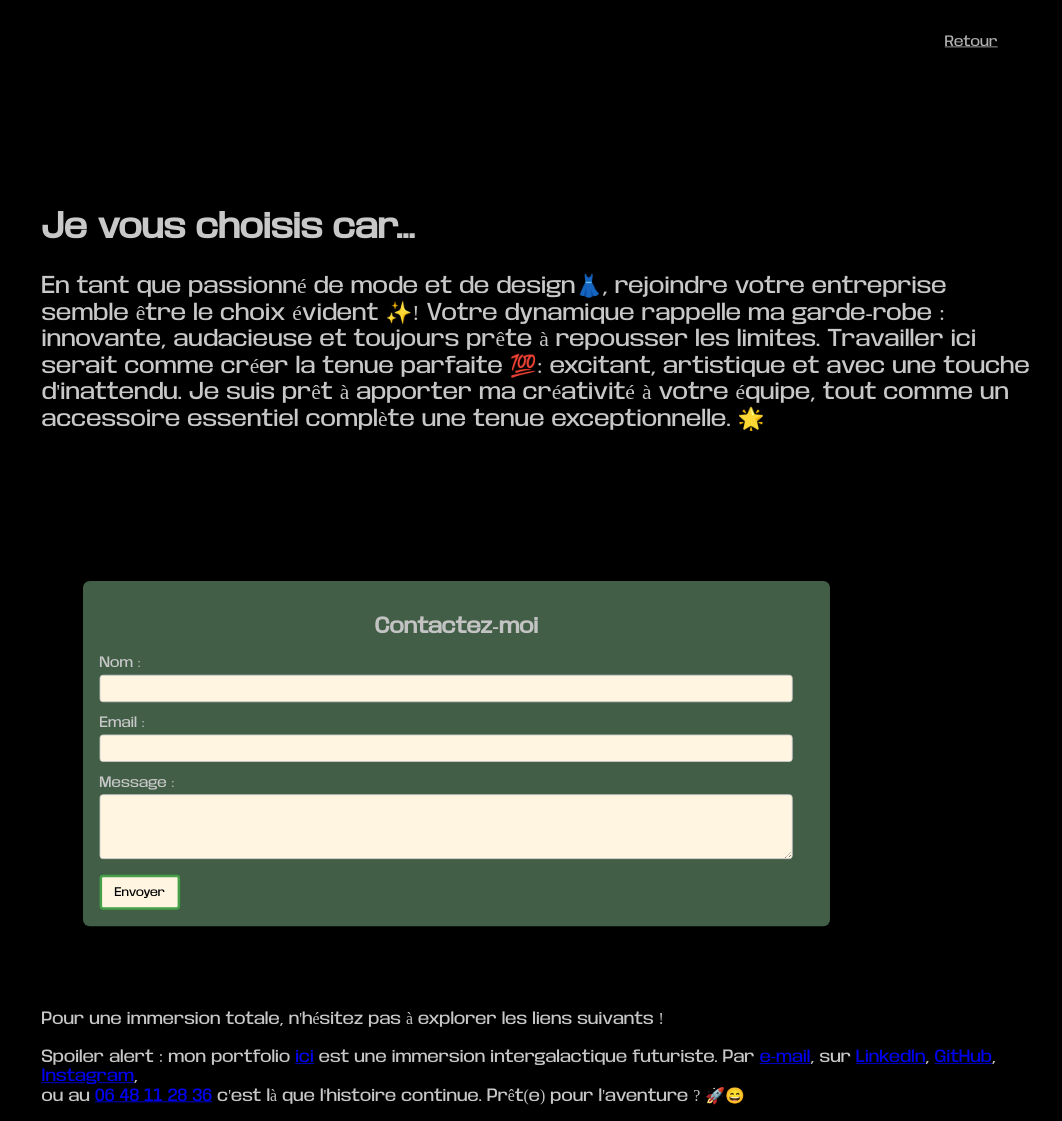
Repository: inessben/application
Page: about/about.html
The author's editor kept a copy of each file at every save. The page is drawn from the files as they stood at one save, then again after the next save.
The browser window is 1280 px wide. The pictures show the whole page, at 83% of full size.

Above is the page before, as saved 2023-12-04 03:38:13.

### about/about.html
<!DOCTYPE html>
<html lang="en">
<head>
    <meta charset="UTF-8">
    <meta name="viewport" content="width=device-width, initial-scale=1.0">
    <!-- generate the icon -->
    <link rel="apple-touch-icon" sizes="180x180" href="/favicon/apple-touch-icon.png">
    <link rel="icon" type="image/png" sizes="32x32" href="/favicon/favicon-32x32.png">
    <link rel="icon" type="image/png" sizes="16x16" href="/favicon/favicon-16x16.png">
    <link rel="manifest" href="/favicon/site.webmanifest">
    <link rel="mask-icon" href="/favicon/safari-pinned-tab.svg" color="#5bbad5">
    <meta name="msapplication-TileColor" content="#da532c">
    <!--  -->
    <meta name="theme-color" content="#ffffff">
    <title>#slowlyApplication</title>
    <link rel="stylesheet" href="about.css">

<script>
    document.addEventListener("DOMContentLoaded", function() {
        var formInputs = document.querySelectorAll("#contact-form input, #contact-form textarea")

        formInputs.forEach(function(input) {
            input.addEventListener("click", function() {
                alert("Bien joué ! Vous avez débloqué la quête secrète ! 🚀\n\nPour compléter cette mission, regardez juste en dessous👇, vous trouverez mes coordonnées, n'hésitez pas à me contacter ! Les pigeons voyageurs fonctionnent aussi, mais c'est un peu rétro. 😉")
            })
        })
    })
</script>
</head>
<body>
    <section id="nav-header">
        <header class="nav-links">
            <a href="/index.html" class="link">Retour</a>
        </header>
    </section>
    <section id="description">
        <h1>Je vous choisis car...</h1>
        <p> En tant que passionné de mode et de design👗, rejoindre votre entreprise semble être le choix évident ✨! Votre dynamique rappelle ma garde-robe : innovante, audacieuse et toujours prête à repousser les limites. Travailler ici serait comme créer la tenue parfaite 💯: excitant, artistique et avec une touche d'inattendu. Je suis prêt à apporter ma créativité à votre équipe, tout comme un accessoire essentiel complète une tenue exceptionnelle. 🌟 </p>
    </section>

    <section id="contact-form-container">
        <form id="contact-form">
        <h2>Contactez-moi</h2>

        <label for="name">Nom :</label>
        <input type="text" id="name" name="name" required>

        <label for="email">Email :</label>
        <input type="email" id="email" name="email" required>

        <label for="message">Message :</label>
        <textarea id="message" name="message" rows="4" required></textarea>

        <button type="submit">Envoyer</button>
        </form>
    </section>

    <footer>
        <p>Pour une immersion totale, n'hésitez pas à explorer les liens suivants !
            <br><br>Spoiler alert : mon portfolio <a href="https://iness-portfolio.vercel.app/" target="_blank">ici</a> est une immersion intergalactique futuriste. Par <a href="mailto:ine.benss@gmail.com" target="_blank">e-mail</a>, sur <a href="https://www.linkedin.com/in/iness-benaissa/" target="_blank">LinkedIn</a>, <a href="https://github.com/inessben" target="_blank">GitHub</a>, <a href="https://instagram.com/nsscake" target="_blank">Instagram</a>, <br> ou au <a href="tel:+33648112836"> 06 48 11 28 36</a> c'est là que l'histoire continue. Prêt(e) pour l'aventure ? 🚀😄</p>
    </footer>

</body>
</html>

### about/about.css

@font-face {
    font-family: "Jolley";
    src: url("/fonts/jolley.woff");
    }

@font-face {
    font-family: "Base Neue";
    src: url("/fonts/base-neue.ttf");
    }

::-webkit-scrollbar {
    width: 8px;
    }

::-webkit-scrollbar-track {
    background-color: #000;
    }

::-webkit-scrollbar-thumb {
    background-color: #4b4b4b;
    border-radius: 4px;
    }

::-webkit-scrollbar-thumb:hover {
    opacity: 0.7;
    }

body {
    margin: 0;
    font-family: "Base Neue";
    background-color: #000000;
    color: #c8c8c8;
    padding: 0;
    }

#nav-header {
    position: absolute;
    top: 30px;
    right: 20px;
    font-size: 16px;
    font-weight: 500;
    padding: 10px;
    }

.link {
    padding: 8px;
    text-decoration: #b3b3b3 underline;
    color: #b3b3b3;
    margin: auto 40px;
    }

.link:hover {
    opacity: 0.7;
    }

#description{
    position: relative;
    top: 200px;
    font-size: 26px;
    margin: 50px;
    width: 1200px;
    color: #c8c8c8;
    }

#contact-form-container {
    position: absolute;
    padding: 50px;
    margin: 50px;
    top: 600px;
    width: 850px;
    }

#contact-form {
    position: absolute;
    background-color: #425E47;
    padding: 20px;
    border-radius: 8px;
    box-shadow: 0 4px 8px rgba(0, 0, 0, 0.1);
    transition: transform 0.3s ease-in-out;
    }

#contact-form h2 {
    text-align: center;
    color: #c3c3c3;
    }

#contact-form label {
    margin-top: 10px;
    }

#contact-form input,
#contact-form textarea {
    width: 95%;
    padding: 8px;
    margin-top: 5px;
    margin-bottom: 15px;
    background-color: #FFF5E1;
    border: 1px solid #ccc;
    border-radius: 4px;
    }

#contact-form button {
    background-color: #FFF5E1;
    font-family: "Base Neue";
    color: black;
    align-items: center;
    border: 3px solid #45a049;
    padding: 10px 15px;
    border-radius: 4px;
    cursor: pointer;
    transition: background-color 0.3s ease-in-out;
    }

#contact-form button:hover {
    background-color: #45a049;
    }

#contact-form-container:hover #contact-form {
    transform: rotate(5deg);
    }

footer
{
    position: absolute;
    bottom: -680px;
    font-size: 19px;
    margin: 50px;
}

After the next save:
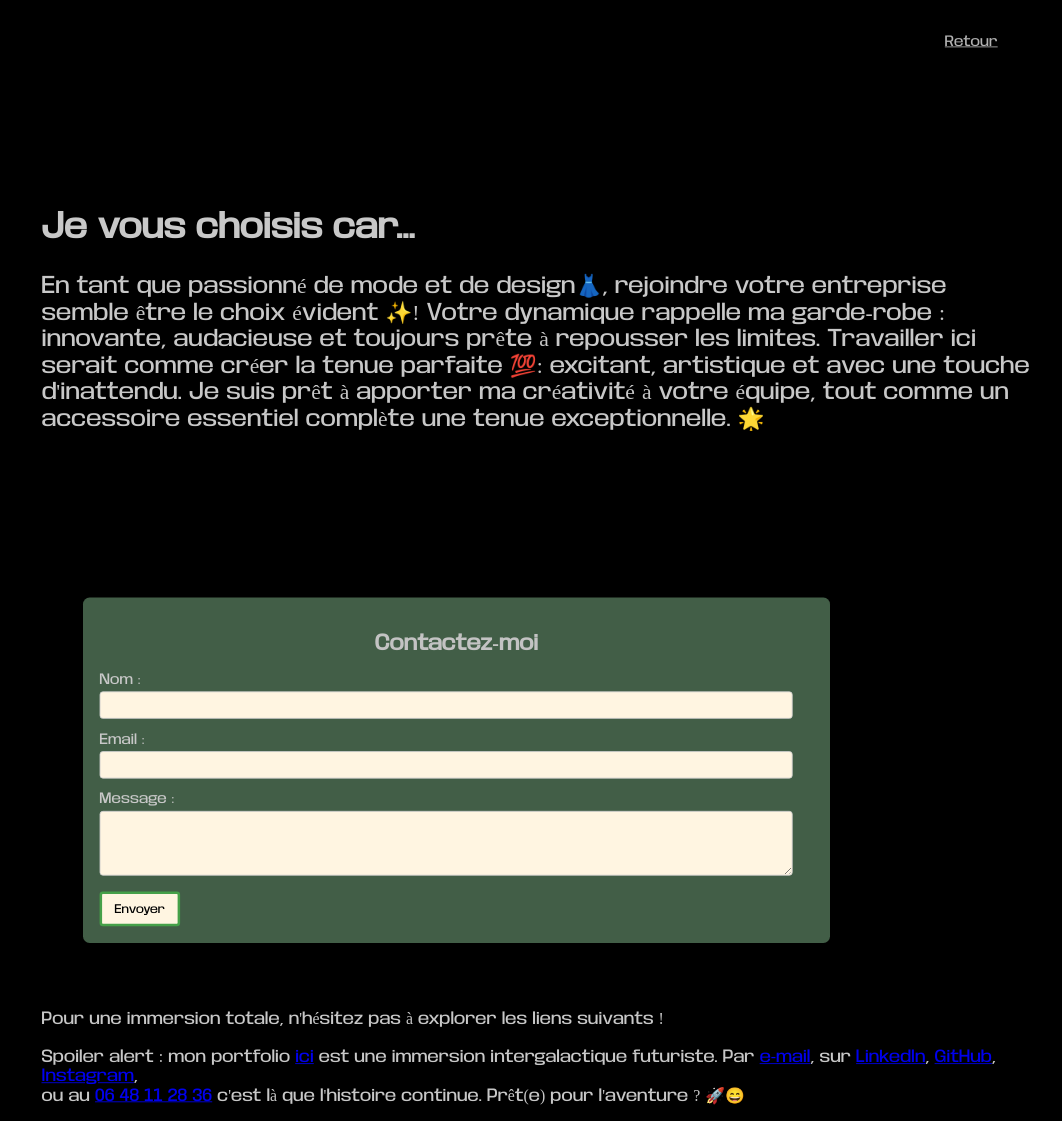
Saved 13 s later.
--- a/about/about.css
+++ b/about/about.css
@@ -67,7 +67,7 @@
     position: absolute;
     padding: 50px;
     margin: 50px;
-    top: 600px;
+    top: 620px;
     width: 850px;
     }
 

After the save that followed:
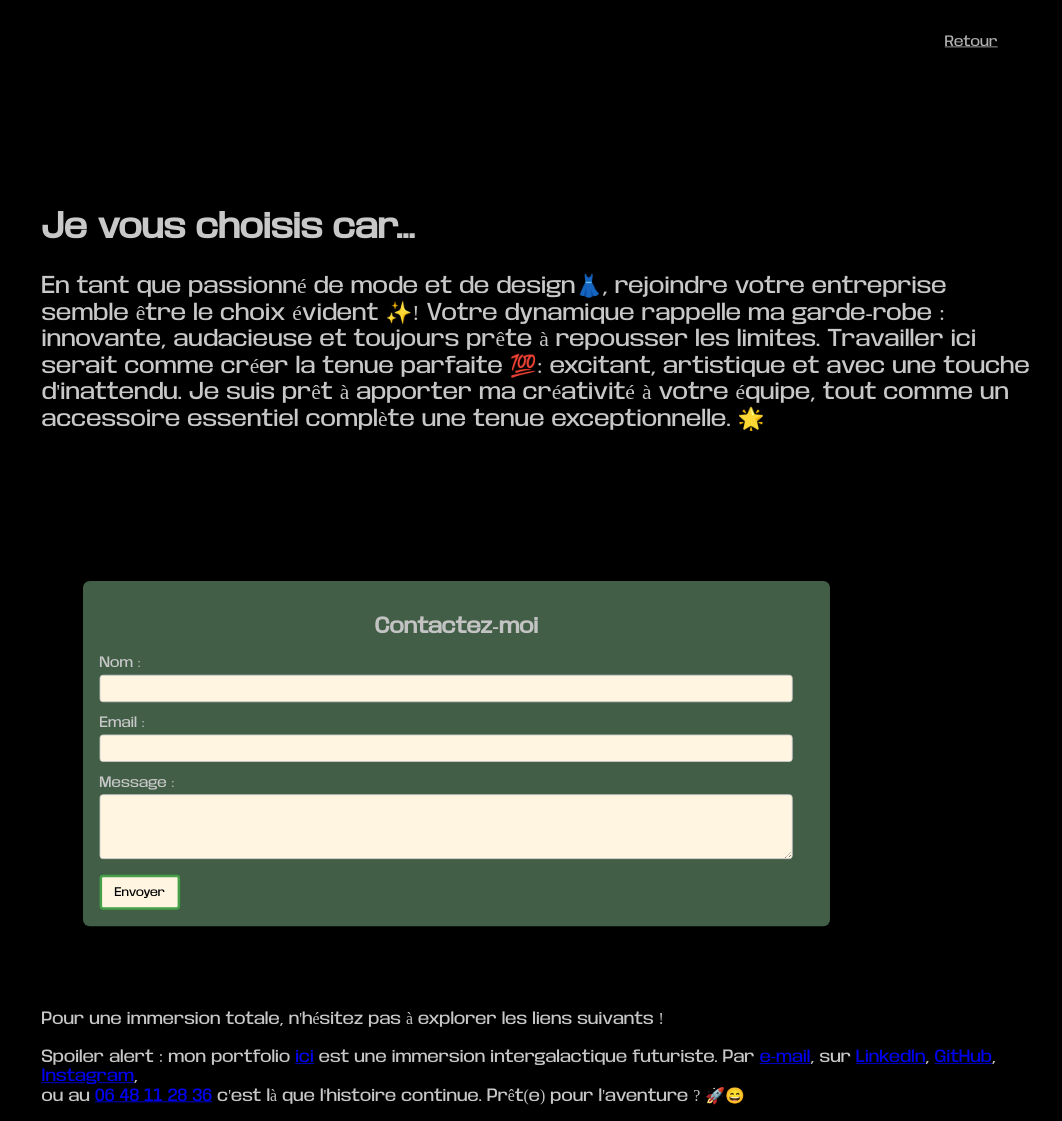
Saved 21 s later.
--- a/about/about.css
+++ b/about/about.css
@@ -67,7 +67,7 @@
     position: absolute;
     padding: 50px;
     margin: 50px;
-    top: 620px;
+    top: 600px;
     width: 850px;
     }
 
